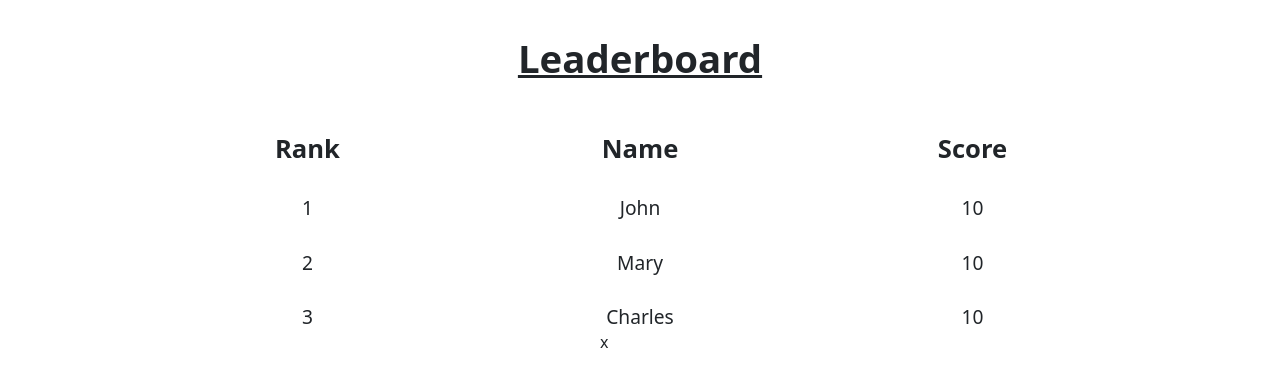
Repository: themaxermister/tik-tok-2022-A1-Hangman
Page: /
The author's editor kept a copy of each file at every save. The page is drawn from the files as they stood at one save, then again after the next save.
The browser window is 1280 px wide. The pictures show the whole page.
The project was rebuilt for these pictures with package versions that can differ from the ones it lists, and the page was loaded fresh each time. Also part of the build but not shown: src/components/CustomButton.jsx, src/pages/Start.jsx.

Above is the page before, as saved 2022-05-23 17:50:43.

After the next save:
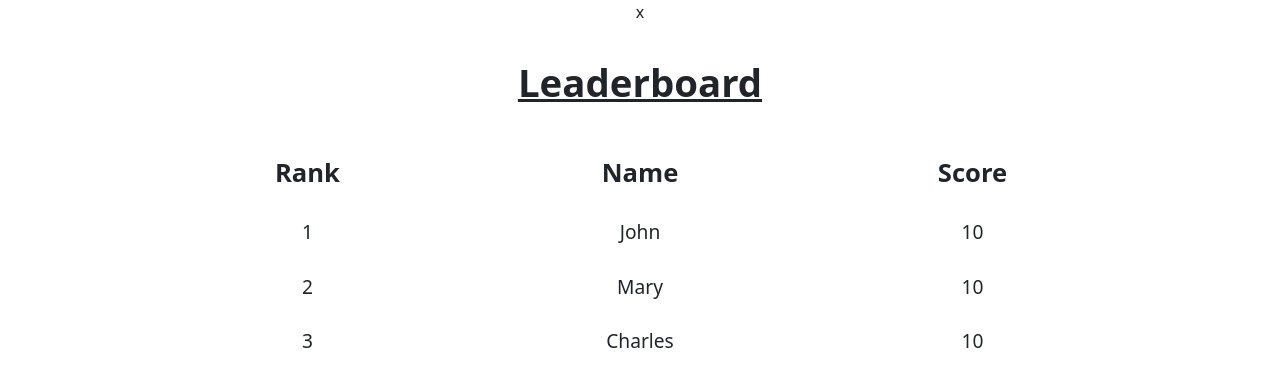
Saved 65 s later.
--- a/src/css/misc.css
+++ b/src/css/misc.css
@@ -26,42 +26,3 @@ body {
 }
 
 /* Back Arrow */
-.icon {
-  position: absolute;
-  top: 50%;
-  left: 50%;
-  transform: translate(-50%,-50%);
-  width: 80px;
-  height: 60px;
-  cursor: pointer;
-}
-
-.arrow {
-  position: absolute;
-  top: 25px;
-  width: 90%;
-  height: 10px;
-  background-color: #fff;
-  box-shadow: 0 3px 5px rgba(0, 0, 0, .2);
-  animation: arrow 700ms linear infinite;
-}
-
-.arrow::after, .arrow::before {
-  content: '';
-  position: absolute;
-  width: 60%;
-  height: 10px;
-  right: -8px;
-  background-color: #fff;
-}
-
-.arrow::after {
-  top: -12px;
-  transform: rotate(45deg);
-}
-
-.arrow::before {
-  top: 12px;
-  box-shadow: 0 3px 5px rgba(0, 0, 0, .2);
-  transform: rotate(-45deg);
-}
